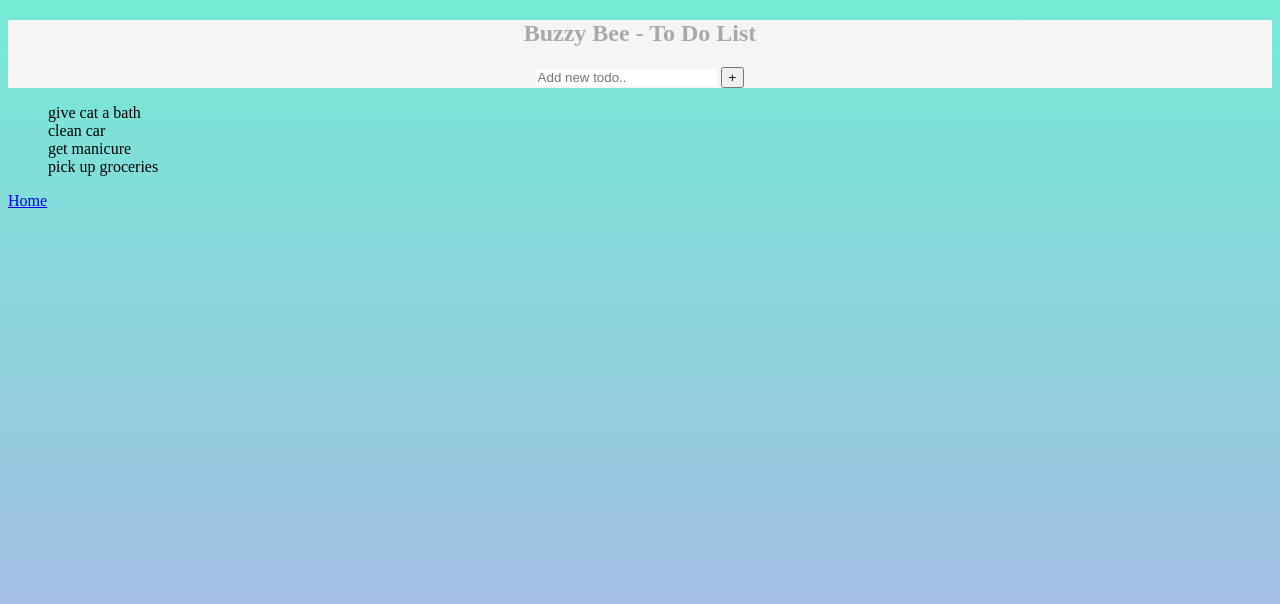
Repository: seleniadelgado/backend-spring2020-angie
Page: projects/todo/public_html/index.html
The author's editor kept a copy of each file at every save. The page is drawn from the files as they stood at one save, then again after the next save.
The browser window is 1280 px wide. The pictures show the whole page.
The page's requests for data from a server got no answer.

Above is the page before, as saved 2020-05-12 15:59:37.

After the next save:
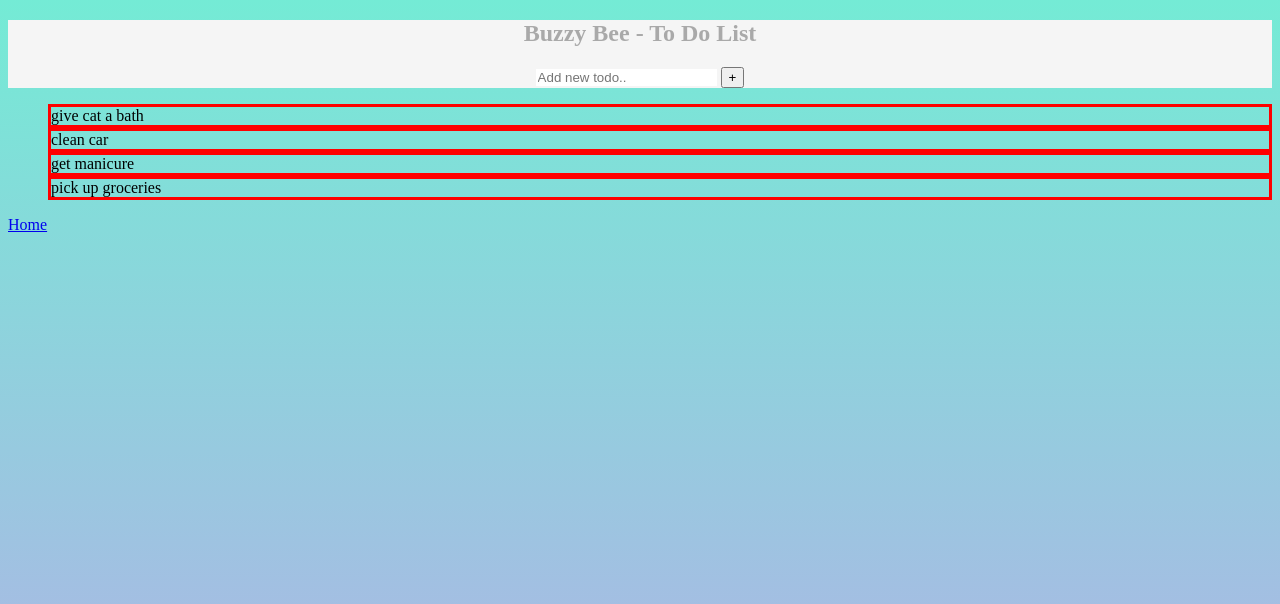
Saved 22 s later.
--- a/projects/todo/public_html/styles.css
+++ b/projects/todo/public_html/styles.css
@@ -16,5 +16,5 @@
 }
 li {
     list-style: none;
-    border: red;
+    border: red solid;
 }

After the save that followed:
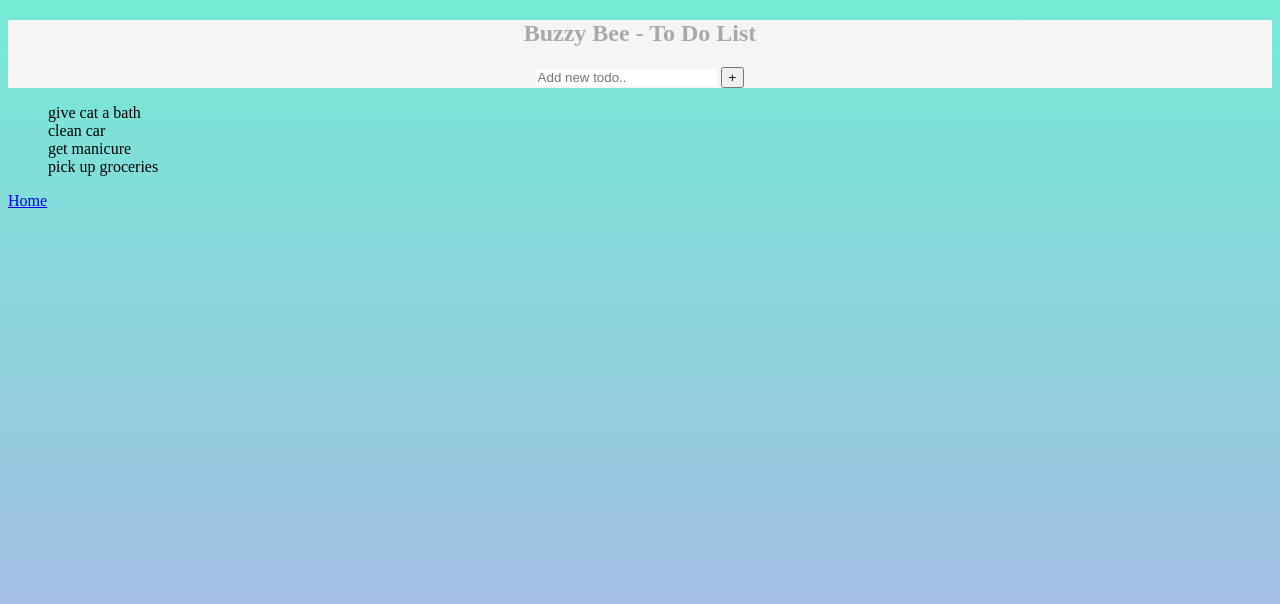
Saved 28 s later.
--- a/projects/todo/public_html/styles.css
+++ b/projects/todo/public_html/styles.css
@@ -14,7 +14,6 @@
 #addNote #newNote {
     border: none;
 }
-li {
+#myList {
     list-style: none;
-    border: red solid;
 }
